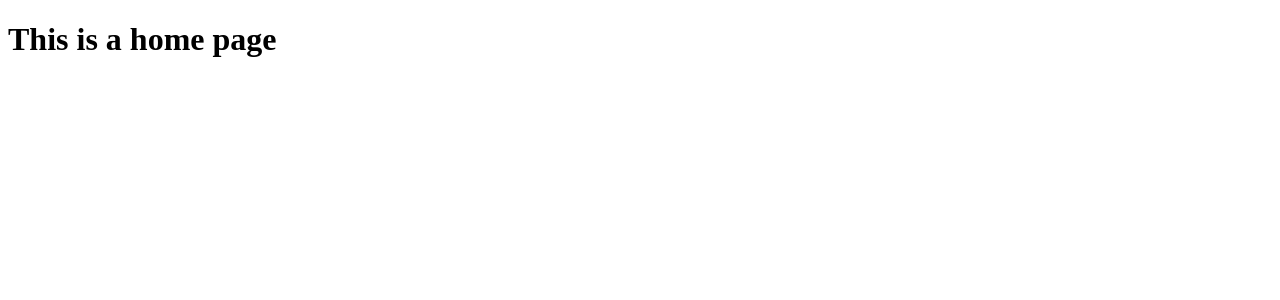
Repository: Dibbya65/Django-Basic
Page: http://localhost/about/
An editor plug-in stored every save of this project. The page is shown before and after the next save, followed by the edit.
The browser window is 1280 px wide. The pictures show the whole page.
The page is served by the project's application, run on Django 3.2 (manage.py). Other server files are loaded and not shown.

Above is the page before, as saved 2021-11-14 00:14:19.

### templates/about.html
{% extends "layouts/master.html" %}

{% block title %} Home {% endblock title %}

{% block content %}
<h1>This is a home page</h1>
{% endblock content %}

### templates/layouts/master.html
<!DOCTYPE html>
<html lang="en">
  <head>
    <meta charset="UTF-8" />
    <meta http-equiv="X-UA-Compatible" content="IE=edge" />
    <meta name="viewport" content="width=device-width, initial-scale=1.0" />
    <title>MySite | {% block title %} {% endblock %}</title>
  </head>
  <body>
    {% block content %}{% endblock %}
  </body>
</html>

### base/views.py
from django.shortcuts import render
from django.http import HttpResponse

# Create your views here.


def home(request):
    return render(request, 'home.html')


def about(request):
    return render(request, 'about.html')

### studybud/urls.py
"""studybud URL Configuration

The `urlpatterns` list routes URLs to views. For more information please see:
    https://docs.djangoproject.com/en/3.2/topics/http/urls/
Examples:
Function views
    1. Add an import:  from my_app import views
    2. Add a URL to urlpatterns:  path('', views.home, name='home')
Class-based views
    1. Add an import:  from other_app.views import Home
    2. Add a URL to urlpatterns:  path('', Home.as_view(), name='home')
Including another URLconf
    1. Import the include() function: from django.urls import include, path
    2. Add a URL to urlpatterns:  path('blog/', include('blog.urls'))
"""
from django.contrib import admin
from django.urls import path, include


urlpatterns = [
    path('admin/', admin.site.urls),
    path('', include('base.urls'))
]

### base/urls.py
from django.urls import path
from . import views

urlpatterns = [
    path('', views.home, name="home"),
    path('about/', views.about, name="about"),
]

After the next save:
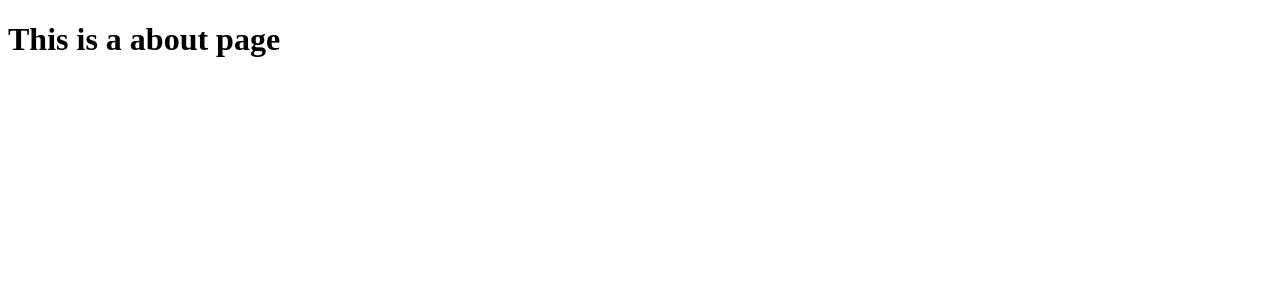
Saved 24 s later.
--- a/templates/about.html
+++ b/templates/about.html
@@ -1,7 +1,7 @@
 {% extends "layouts/master.html" %}
 
-{% block title %} Home {% endblock title %}
+{% block title %} About Us {% endblock title %}
 
 {% block content %}
-<h1>This is a home page</h1>
+<h1>This is a about page</h1>
 {% endblock content %}
